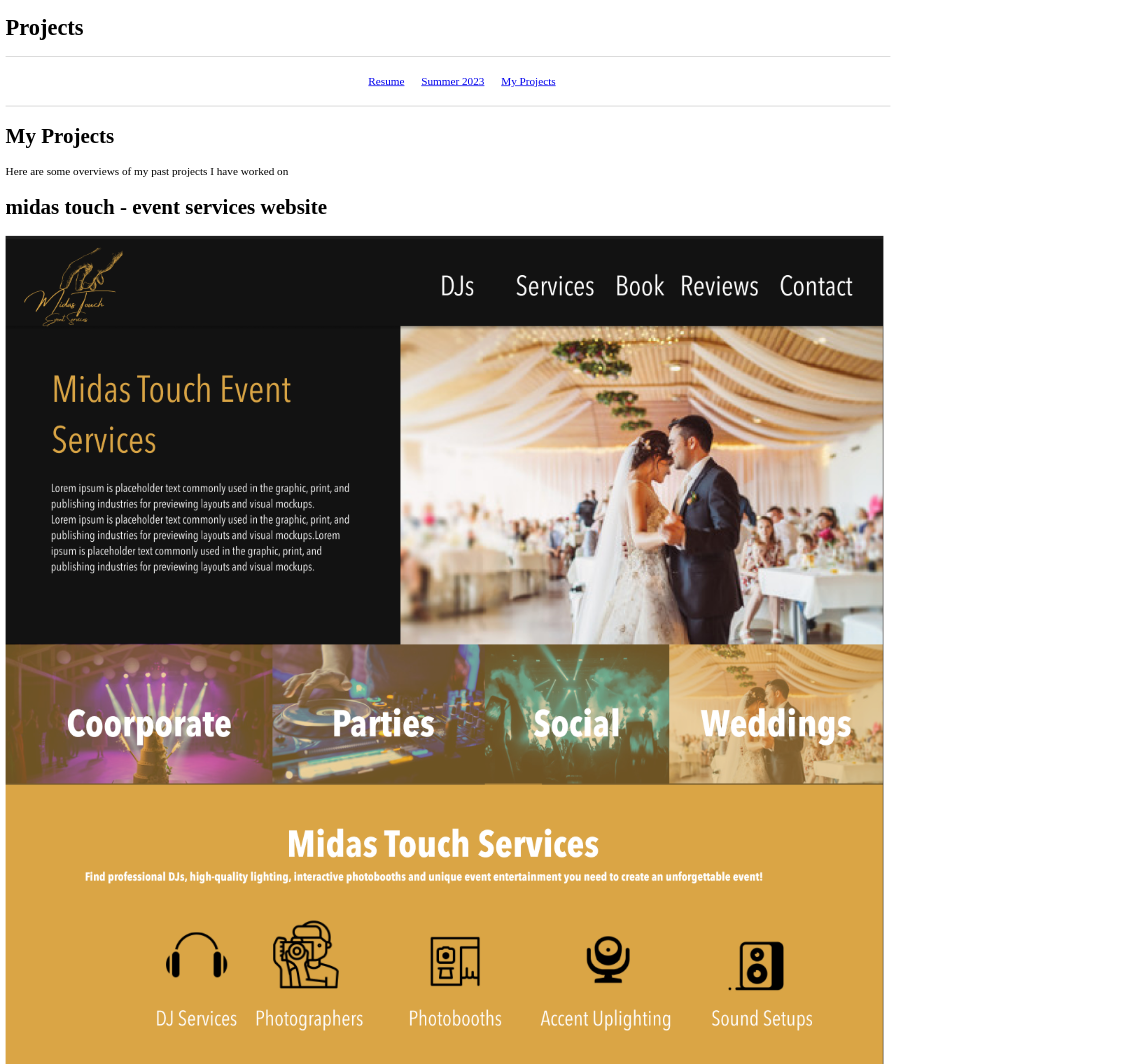
Repository: kayacancode/itm361project1
Page: projects.html
These files come from the project's save history. The page is drawn as it stood at one moment and after the next save; the edit follows.
The browser window is 1280 px wide. The page is 1610 px wide, then 1280 px, so the pictures cover 1610 px, including what lies to the right of the window. The pictures show the part of the page from y = 0 to 1520 px (the page is 3978 px tall before and 720 px after), at 70% of full size.
Some web fonts or font styles are not loaded; a fallback is used.

Above is the page before, as saved 2023-03-03 18:31:01.

### projects.html
<!DOCTYPE html>
<html lang="en">
  <head>
    <meta charset="UTF-8" />
    <meta http-equiv="X-UA-Compatible" content="IE=edge" />
    <meta name="viewport" content="width=device-width, initial-scale=1.0" />
    <title>My Projects</title>
    <link rel="stylesheet" href="css/style.css" />

  </head>
  <header>
    <h1>Projects</h1>

    <nav>
      <ul>
        <li><a href="index.html">Resume</a></li>
        <li><a href="summer2023.html">Summer 2023</a></li>
        <li><a href="projects.html">My Projects</a></li>
      </ul>
    </nav>
  </header>

  <h2>My Projects</h2>
  <p>Here are some overviews of my past projects I have worked on</p>
 <div class="websites">
  <section>
  <h2>midas touch - event services website</h2>
  <img
    src="images/midastouchevent.png"
    alt="event services "

  />
</section>
<section>
  <h2>Noel Jr - photography website</h2>
  <img src="images/noeljr.png" alt="photography"  />
  <h2>Insuave we trust - music blog</h2>
  <img src="images/insuave.png" alt="music blog"  />
</section>
</div>
</html>

### css/style.css
@import url("https://fonts.googleapis.com/css2?family=Tilt+Warp&display=swap");

ul{
    list-style-type: none;
}

nav{
    border:1px solid #ccc;
    border-width:1px 0;
    list-style:none;
    margin:0;
    padding:0;
    text-align:center;
}
nav li{
    display:inline;
}
nav a{
    display:inline-block;
    padding:10px;
}

h1{
    font-family: "Tilt Warp", cursive;

}
h2{
    font-size: 30px;
    font-family: "Tilt Warp", cursive;

}

.projects img{
    width: 50px;
    height: 50px;
}

After the next save:
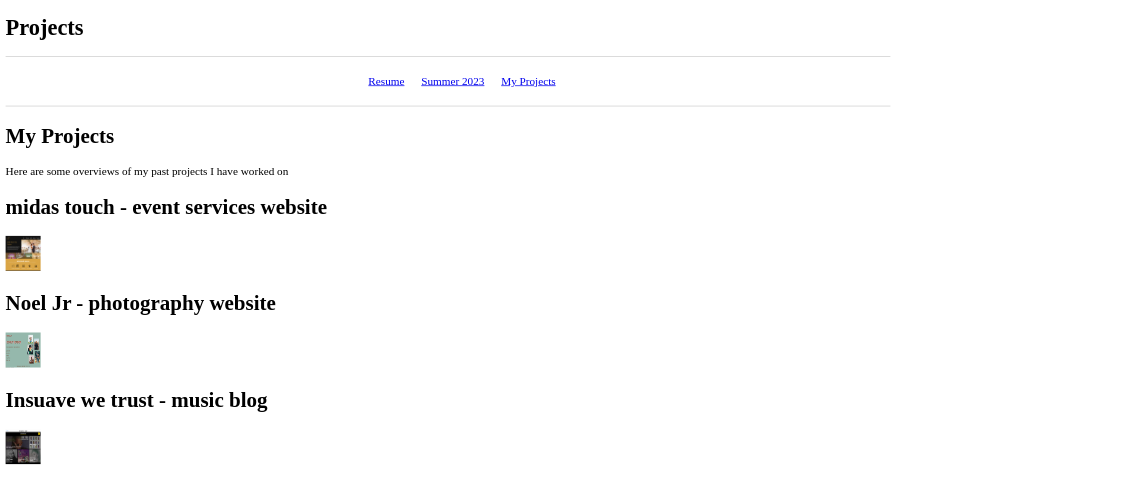
Saved 52 s later.
--- a/css/style.css
+++ b/css/style.css
@@ -30,7 +30,7 @@
 
 }
 
-.projects img{
+.websites img{
     width: 50px;
     height: 50px;
 }
